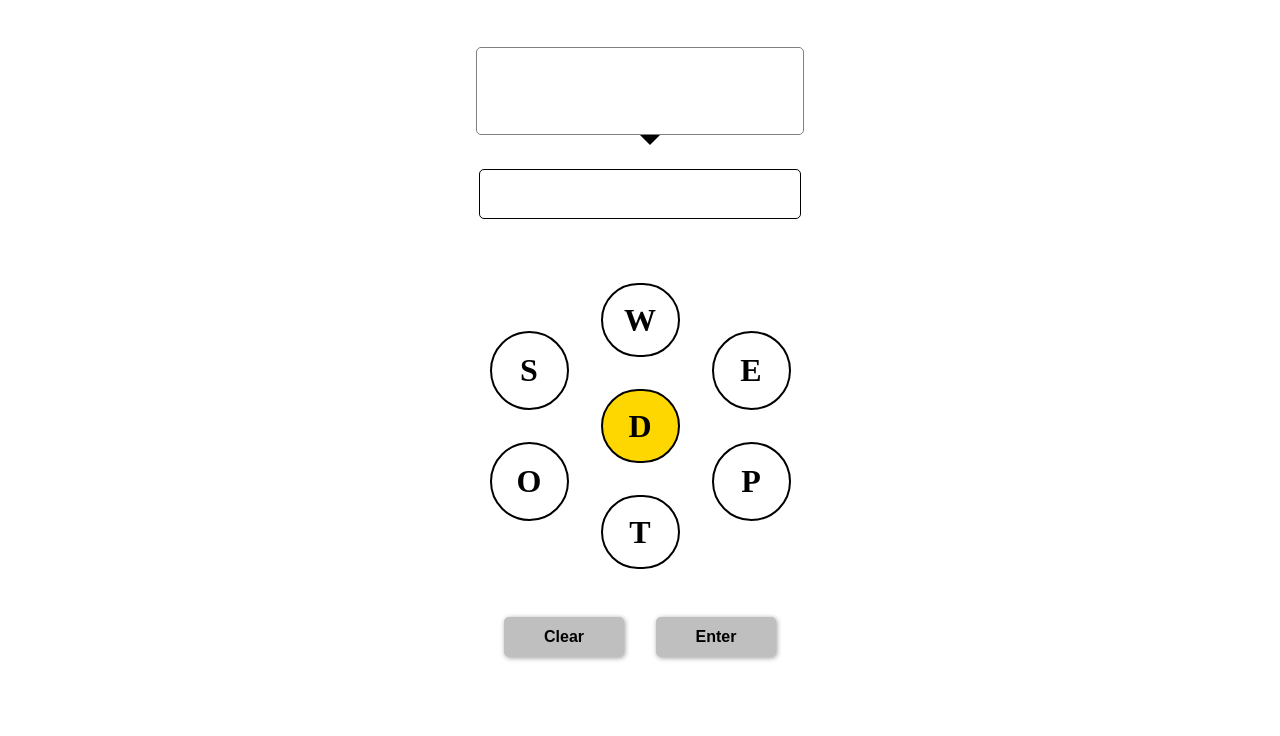
Repository: wellgordon/spelling-bee-clone
Page: /game
An editor plug-in stored every save of this project. The page is shown before and after the next save, followed by the edit.
The browser window is 1280 px wide. The pictures show the whole page.
The project was rebuilt for these pictures with package versions that can differ from the ones it lists, and the page was loaded fresh each time. Also part of the build but not shown: src/index.css, src/components/Home.tsx.

Above is the page before, as saved 2022-01-28 18:47:05.

After the next save:
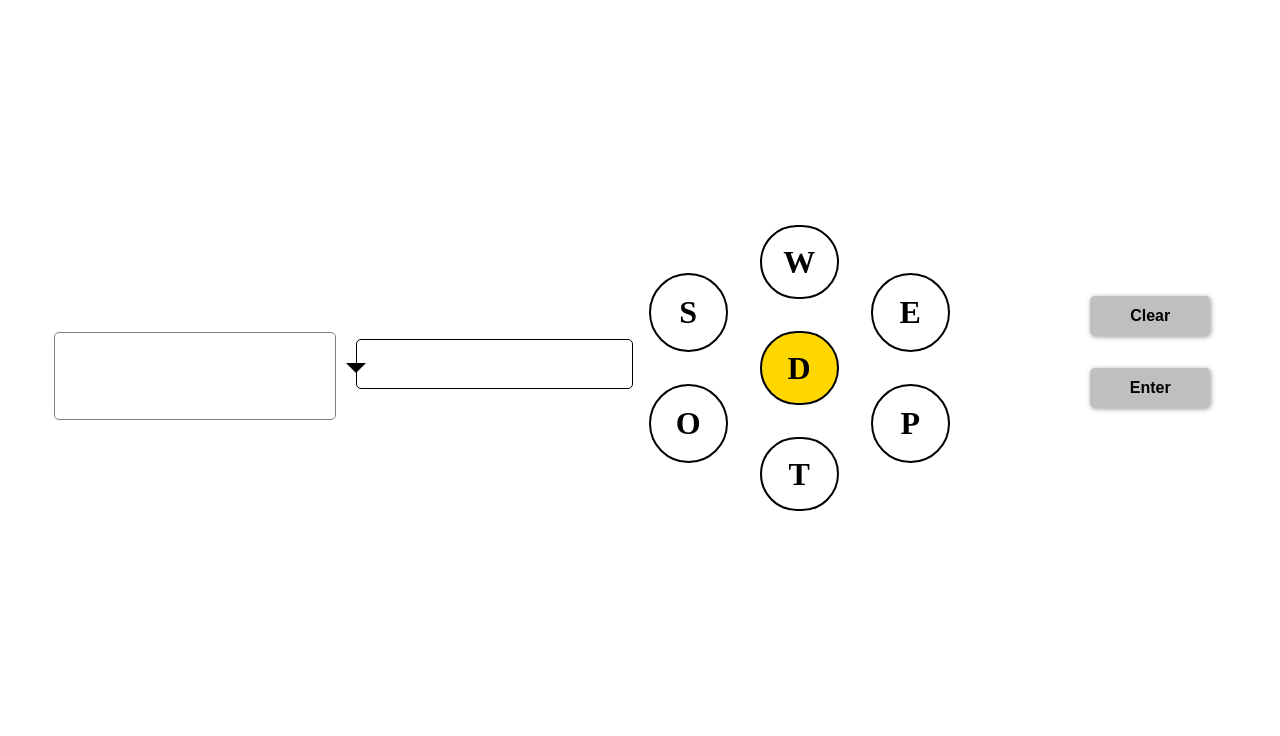
Saved 29 s later.
--- a/src/components/styled/Styles.ts
+++ b/src/components/styled/Styles.ts
@@ -13,7 +13,7 @@
   display: flex;
   align-items: center;
   justify-content: center;
-  flex-flow: column;
+  flex-flow: row;
 `;
 
 export const GameContainer = styled.div`

After the save that followed:
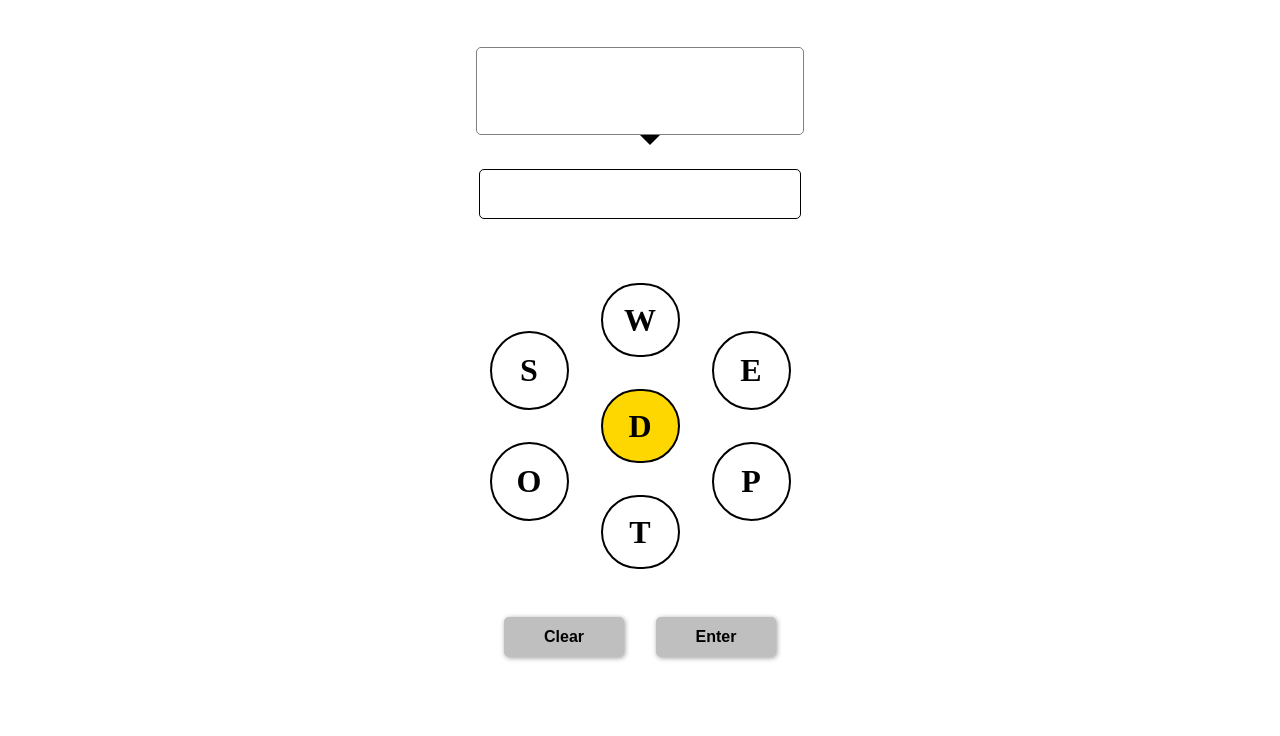
Saved 7 s later.
--- a/src/components/styled/Styles.ts
+++ b/src/components/styled/Styles.ts
@@ -13,7 +13,7 @@
   display: flex;
   align-items: center;
   justify-content: center;
-  flex-flow: row;
+  flex-flow: column;
 `;
 
 export const GameContainer = styled.div`
